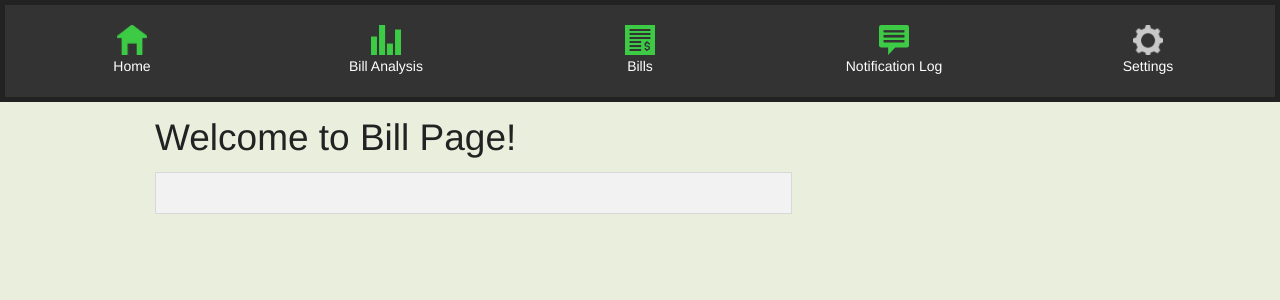
Repository: jcskillings/paidit
Page: billaccounts.html
The author's editor kept a record of every edit. The page is drawn from the files as they stood at one moment, then again after the next edit.
The browser window is 1280 px wide. The pictures show the whole page.

Above is the page before.

After the next edit:
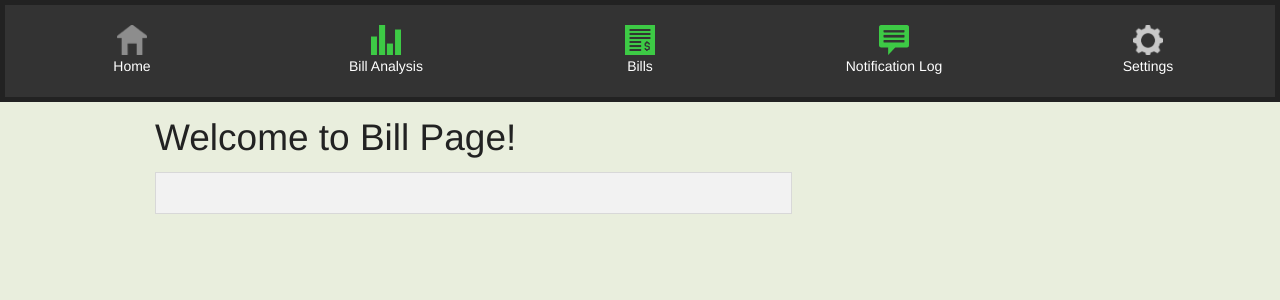
The edit:
--- a/billaccounts.html
+++ b/billaccounts.html
@@ -14,7 +14,7 @@
 
       <div class="icon-bar five-up">
         <a class="item" href="index.html">
-          <img src="img/icon/homeIconG.png" height="20" width="20"  >
+          <img src="img/icon/homeIconD.png" height="20" width="20"  >
           <label>Home</label>
         </a>
         <a class="item" href="analysis.html">
